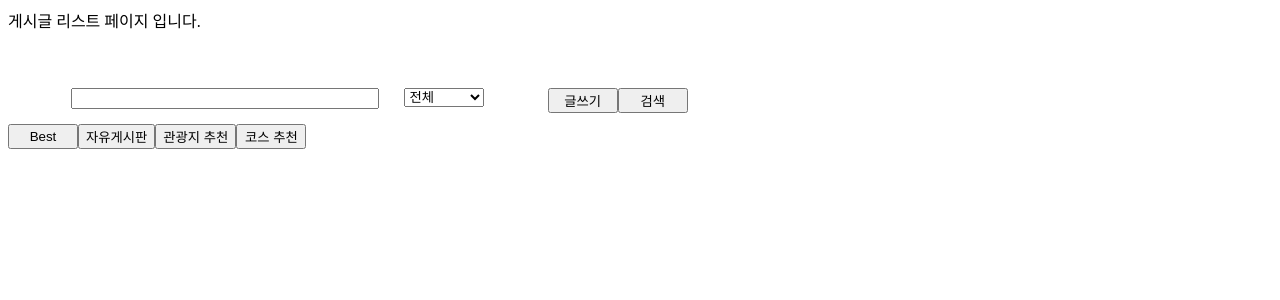
Repository: HJCroCat/project4
Page: http://localhost/koravle/boardMain.jsp
An editor plug-in stored every save of this project. The page is shown before and after the next save, followed by the edit.
The browser window is 1280 px wide. The pictures show the whole page.
The page is served by Tomcat 9. Nobody is signed in. The application's start-up code is not run.

Above is the page before, as saved 2021-12-10 09:55:50.

After the next save:
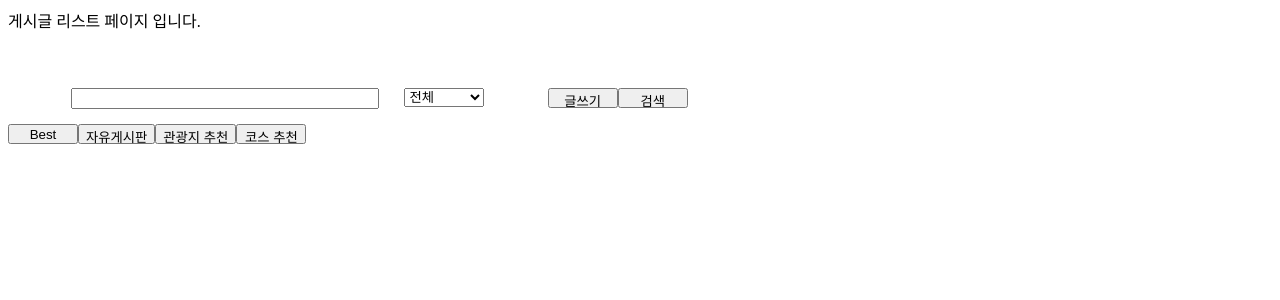
Saved 14 s later.
--- a/koravle/koravle/src/main/webapp/resources/style/stylecss.css
+++ b/koravle/koravle/src/main/webapp/resources/style/stylecss.css
@@ -6,7 +6,7 @@
 	float: left;
 	max-width:100px;
 	min-width:70px;
-	height: 25px;
+	height: 20px;
 }
 
 #searchWord{
